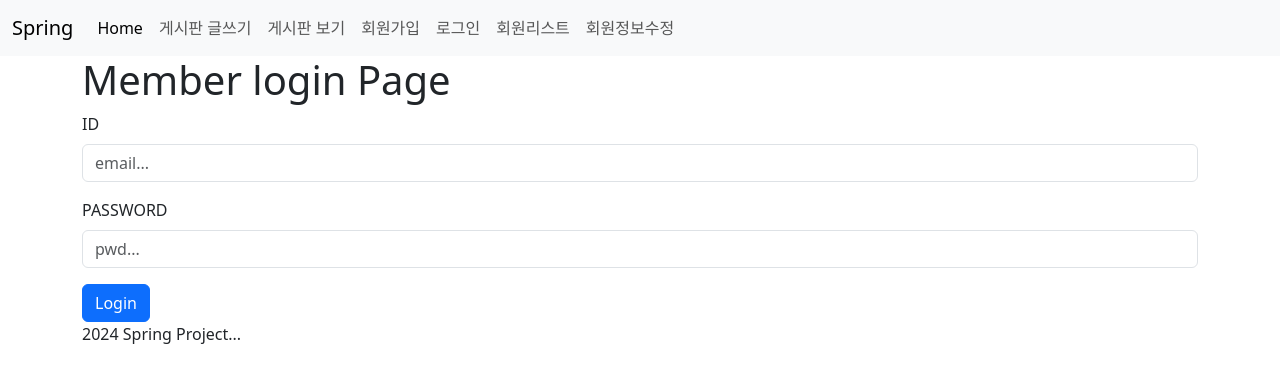
Repository: wanted2001/spring2_project
Page: http://localhost/spring_test2/WEB-INF/views/user/login.jsp
These files come from the project's save history. The page is drawn as it stood at one moment and after the next save; the edit follows.
The browser window is 1280 px wide. The pictures show the whole page.
The page is served by Tomcat 9. Nobody is signed in. Other server files are loaded and not shown. The template is opened directly, without the code that normally fills it, so the values that code supplies are empty.

Above is the page before, as saved 2024-05-08 05:36:41.

### spring_test2/src/main/webapp/WEB-INF/views/user/login.jsp
<%@ page language="java" contentType="text/html; charset=UTF-8"
	pageEncoding="UTF-8"%>
<%@ taglib uri="http://java.sun.com/jsp/jstl/core" prefix="c"%>
<jsp:include page="../layout/header.jsp" />
<div class="container-md">
	<h1>Member login Page</h1>
	<form action="/user/login" method="post">
		<div class="mb-3">
			<label for="i" class="form-label">ID</label> <input type="text"
				class="form-control" name="email" id="e" placeholder="email...">
		</div>
		<div class="mb-3">
			<label for="p" class="form-label">PASSWORD</label> <input
				type="password" class="form-control" name="pwd" id="p"
				placeholder="pwd...">
		</div>
		<c:if test="${not empty param.errMsg }">
			<div class="mb-3 text-danger">
				<c:choose>
					<c:when test="${param.errMsg eq 'Bad credentials'}">
						<c:set value="이메일 & 비밀번호가 일치하지 않습니다." var="errText"></c:set>
					</c:when>
					<c:otherwise>
						<c:set value="괸리자에게 문의하세요." var="errText"></c:set>
					</c:otherwise>
				</c:choose>
				${errText }
			</div>
		</c:if>

		<button type="submit" class="btn btn-primary">Login</button>
	</form>
</div>
<jsp:include page="../layout/footer.jsp" />

### spring_test2/src/main/webapp/WEB-INF/views/layout/header.jsp
<%@ page language="java" contentType="text/html; charset=UTF-8"
    pageEncoding="UTF-8"%>
<%@taglib uri="http://java.sun.com/jsp/jstl/core" prefix="c" %>
<%@taglib uri="http://www.springframework.org/security/tags" prefix="sec" %>
<!DOCTYPE html>
<html>
<head>
<meta charset="UTF-8">
<title>header.jsp</title>
<link href="/resources/css/bootstrap.min.css" rel="stylesheet"  crossorigin="anonymous">
<script src="/resources/js/bootstrap.bundle.min.js"  crossorigin="anonymous"></script>
</head>
<body>
<nav class="navbar navbar-expand-lg bg-body-tertiary">
  <div class="container-fluid">
    <a class="navbar-brand" href="/">Spring</a>
    <button class="navbar-toggler" type="button" data-bs-toggle="collapse" data-bs-target="#navbarSupportedContent" aria-controls="navbarSupportedContent" aria-expanded="false" aria-label="Toggle navigation">
      <span class="navbar-toggler-icon"></span>
    </button>
    <div class="collapse navbar-collapse" id="navbarSupportedContent">
      <ul class="navbar-nav me-auto mb-2 mb-lg-0">
        <li class="nav-item">
          <a class="nav-link active" aria-current="page" href="/">Home</a>
        </li>
        <li class="nav-item">
          <a class="nav-link" href="/board/register">게시판 글쓰기</a>
        </li>
        <li class="nav-item">
          <a class="nav-link" href="/board/list">게시판 보기</a>
        </li>
        <li class="nav-item">
          <a class="nav-link" href="/user/register">회원가입</a>
        </li>
        <li class="nav-item">
          <a class="nav-link" href="/user/login">로그인</a>
        </li>
        <li class="nav-item">
          <a class="nav-link" href="#">회원리스트</a>
        </li>
        <li class="nav-item">
          <a class="nav-link" href="#">회원정보수정</a>
        </li>


       <%--  <c:if test="${ses.id ne null }">
        <li class="nav-item">
          <a class="nav-link" href="/user/logout">로그아웃</a>
        </li>
        <li class="nav-item">
          <a class="nav-link" href="/user/modify">${ses.id }(${ses.email }) welcome!!!</a>
        </li>
        </c:if> --%>
  	  </ul>
    </div>
  </div>
</nav>

### spring_test2/src/main/webapp/WEB-INF/views/layout/footer.jsp
<%@ page language="java" contentType="text/html; charset=UTF-8"
    pageEncoding="UTF-8"%>
<div class="container-md">
	2024 Spring Project...
</div>

</body>
</html>

Loaded but not shown: spring_test2/src/main/webapp/resources/css/bootstrap.min.css (library); spring_test2/src/main/webapp/resources/js/bootstrap.bundle.min.js (library)

After the next save:
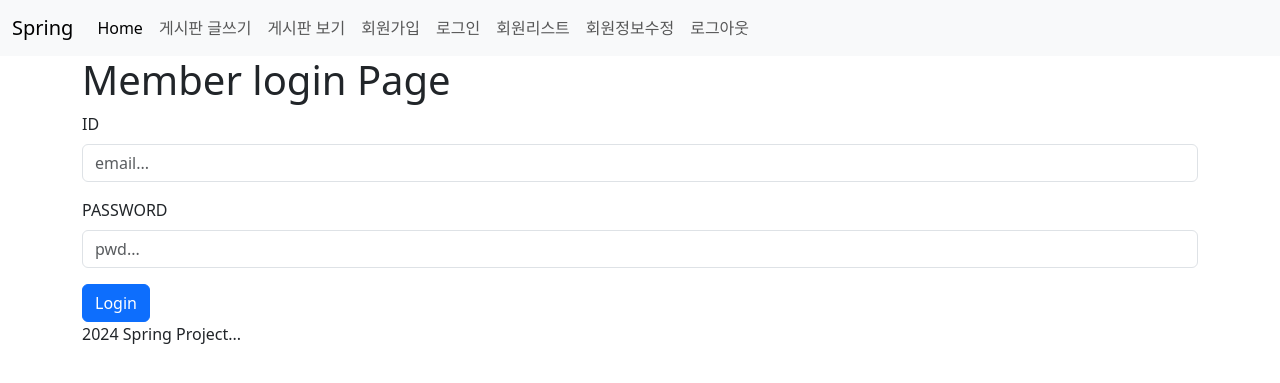
Saved 14 s later.
--- a/spring_test2/src/main/webapp/WEB-INF/views/layout/header.jsp
+++ b/spring_test2/src/main/webapp/WEB-INF/views/layout/header.jsp
@@ -40,6 +40,9 @@
         <li class="nav-item">
           <a class="nav-link" href="#">회원정보수정</a>
         </li>
+        <li class="nav-item">
+          <a class="nav-link" href="#">로그아웃</a>
+        </li>
 
 
        <%--  <c:if test="${ses.id ne null }">
